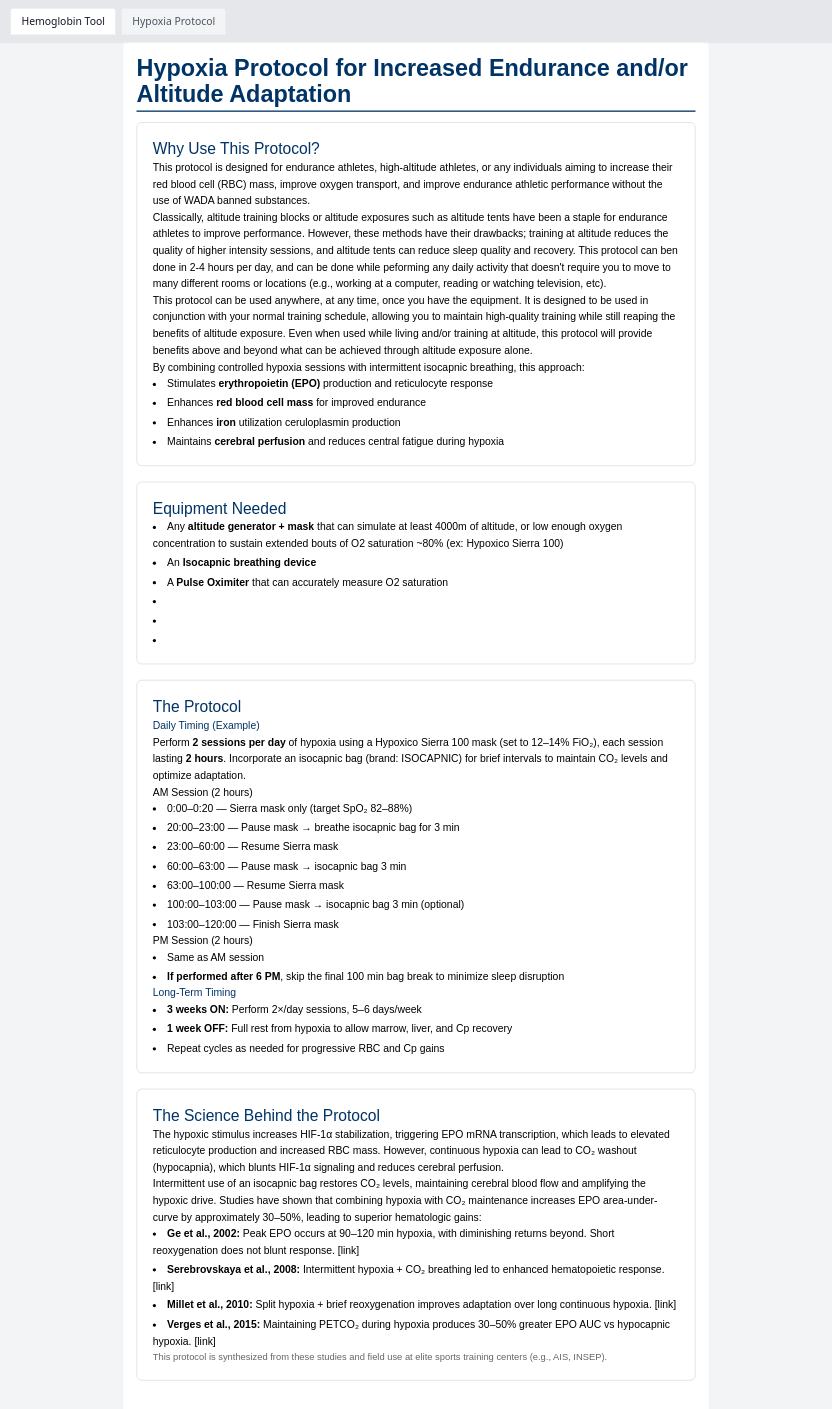
Repository: austenhughes1/hemoglobin_rbc_metrics
Page: hypoxia_protocol.html
An editor plug-in stored every save of this project. The page is shown before and after the next save, followed by the edit.
The browser window is 1280 px wide. The pictures show the whole page, at 65% of full size.
Some web libraries are served in a nearby version.

Above is the page before, as saved 2025-06-25 13:36:29.

After the next save:
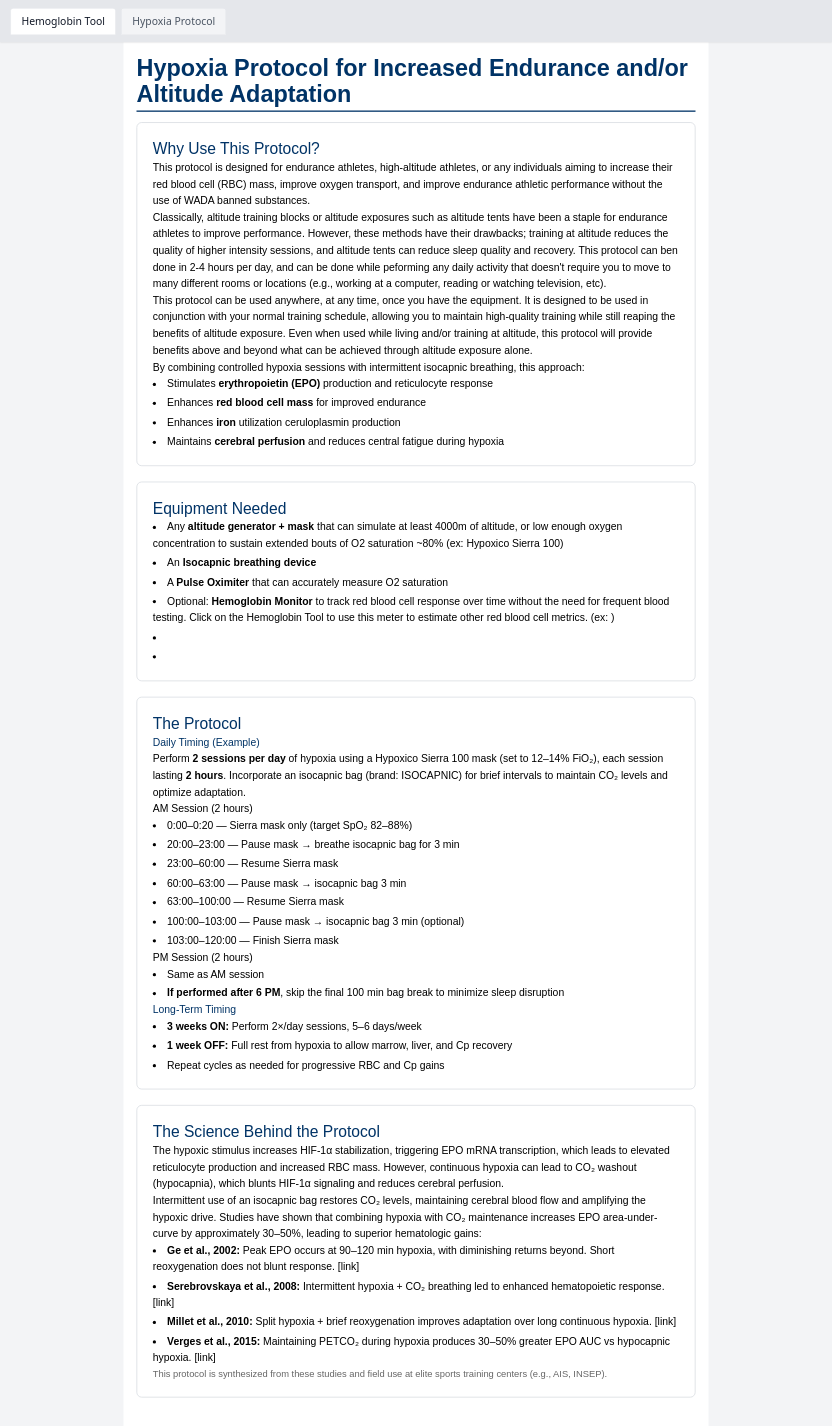
Saved 3 min 3 s later.
--- a/hypoxia_protocol.html
+++ b/hypoxia_protocol.html
@@ -70,7 +70,7 @@
             <li>Any <strong>altitude generator + mask</strong> that can simulate at least 4000m of altitude, or low enough oxygen concentration to sustain extended bouts of O2 saturation ~80% (ex: <a href="https://hypoxico.com/products/sierra-100">Hypoxico Sierra 100</a>)</li>
             <li>An <strong>Isocapnic breathing device</strong></li>
             <li>A <strong>Pulse Oximiter</strong> that can accurately measure O2 saturation</li>
-            <li><strong></strong></li>
+            <li>Optional: <strong>Hemoglobin Monitor</strong> to track red blood cell response over time without the need for frequent blood testing. Click on the <a href="https://www.hemocalc.pro/index.html">Hemoglobin Tool</a> to use this meter to estimate other red blood cell metrics. (ex: )</li>
             <li><strong></strong></li>
             <li><strong></strong></li>
         </ul>
